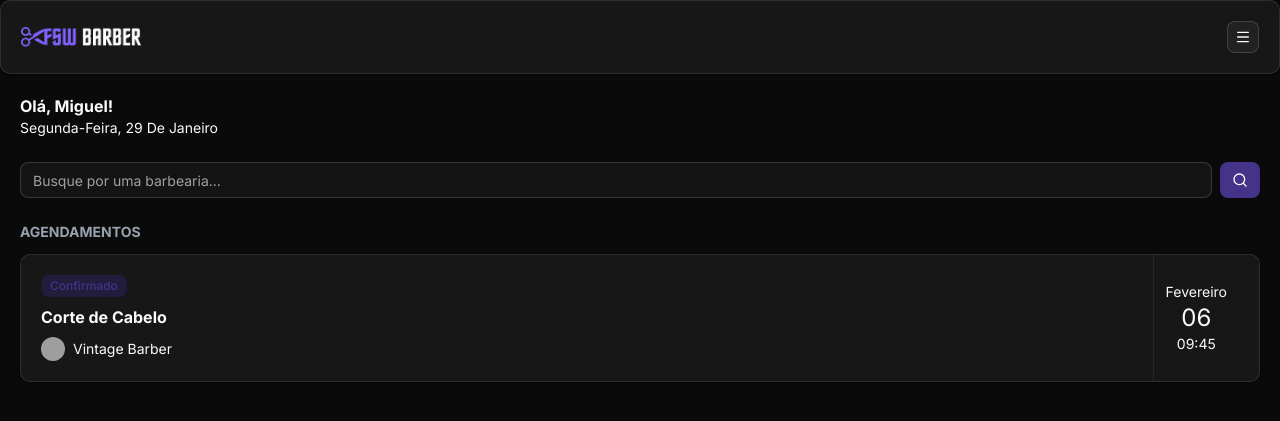
Repository: PaulinhoMachadooo/Barber
Page: /
An editor plug-in stored every save of this project. The page is shown before and after the next save, followed by the edit.
The browser window is 1280 px wide. The pictures show the whole page.
Pictures or frames that could not be fetched are drawn as grey boxes. The project was rebuilt for these pictures with package versions that can differ from the ones it lists, and the page was loaded fresh each time. The framework's server and built-in components were replaced by stand-ins that run in the browser. Also part of the build but not shown: next.config.ts.

Above is the page before, as saved 2025-04-13 21:41:11.

After the next save:
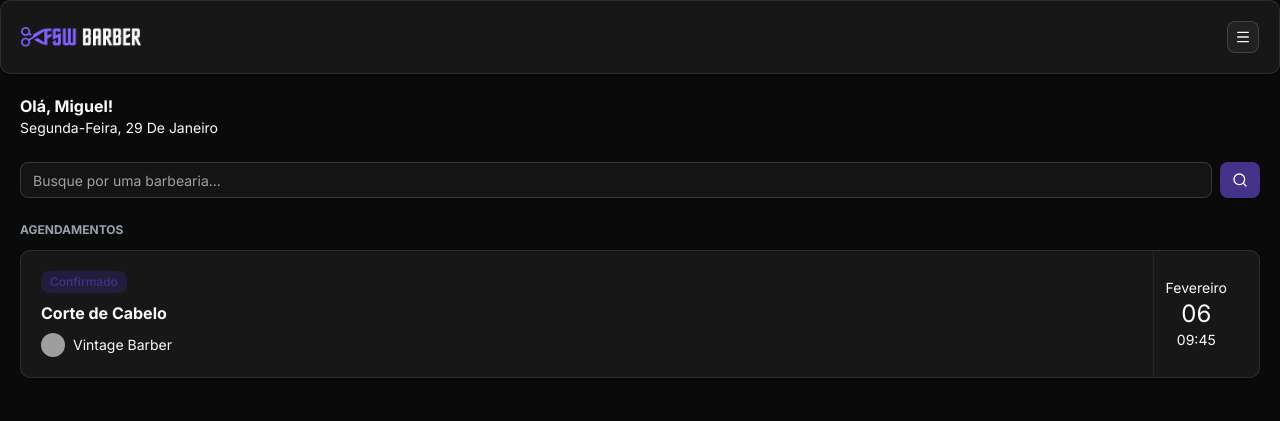
Saved 29 s later.
--- a/app/(home)/page.tsx
+++ b/app/(home)/page.tsx
@@ -26,7 +26,7 @@ export default function Home() {
         </div>
 
         <div className="px-5 mt-6">
-            <h2 className="text-sm mb-3 uppercase text-gray-400 font-bold">Agendamentos</h2>
+            <h2 className="text-xs mb-3 uppercase text-gray-400 font-bold">Agendamentos</h2>
             <BookingItem />
         </div>
     </div>
